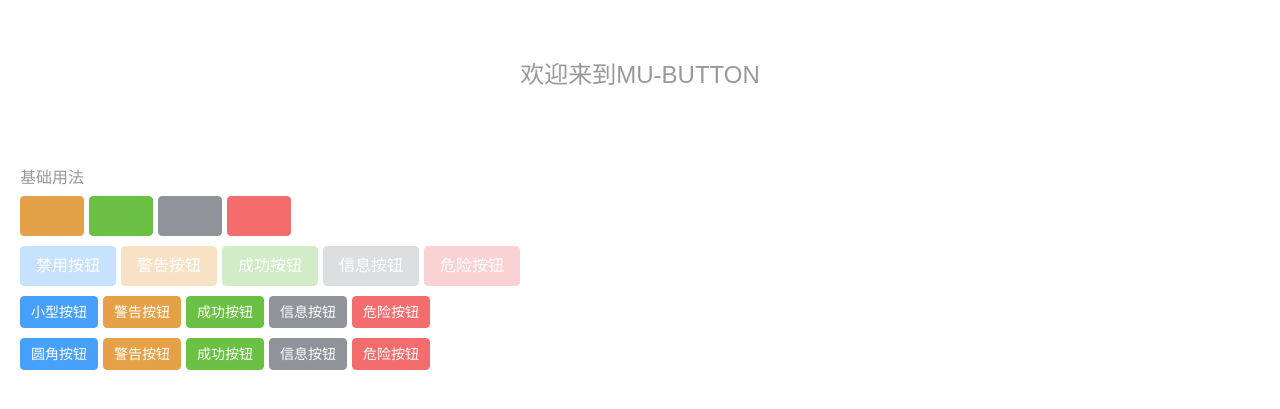
Repository: HuoXiaoYe/huoxiaoye_mumu
Page: /
These files come from the project's save history. The page is drawn as it stood at one moment and after the next save; the edit follows.
The browser window is 1280 px wide. The pictures show the whole page.
The project was rebuilt for these pictures with package versions that can differ from the ones it lists, and the page was loaded fresh each time.

Above is the page before, as saved 2020-07-04 17:41:24.

After the next save:
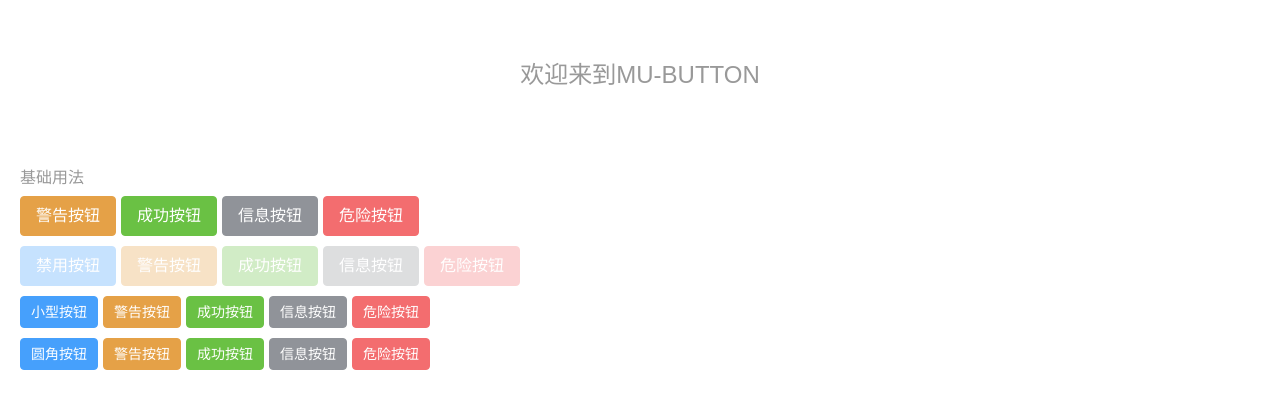
Saved 6 s later.
--- a/src/pages/buttonWrap/buttonWrap.tsx
+++ b/src/pages/buttonWrap/buttonWrap.tsx
@@ -38,7 +38,7 @@ function ButtonWrap() {
                     {
                         buttonList.map((item)=>{
                             return (
-                            <li><MUButton type={item.type}></MUButton></li>
+                            <li><MUButton type={item.type}>{item.value}</MUButton></li>
                             )
                         })
                     }
